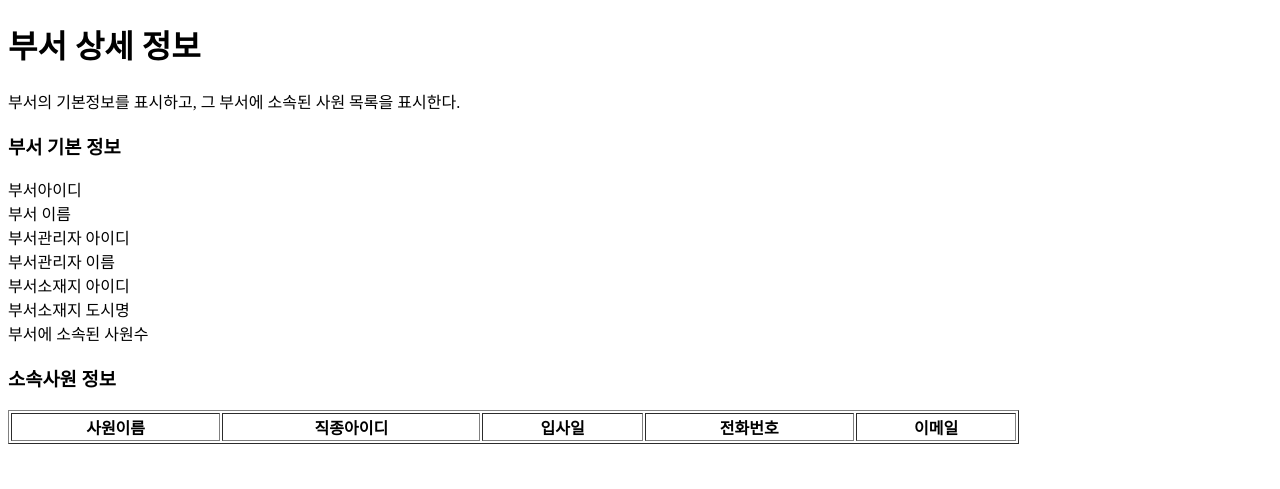
Repository: onuo77/HTA
Page: http://localhost/sample/hr/dept/detail.jsp
An editor plug-in stored every save of this project. The page is shown before and after the next save, followed by the edit.
The browser window is 1280 px wide. The pictures show the whole page.
The page is served by Tomcat 9.

Above is the page before, as saved 2021-05-21 00:46:52.

After the next save:
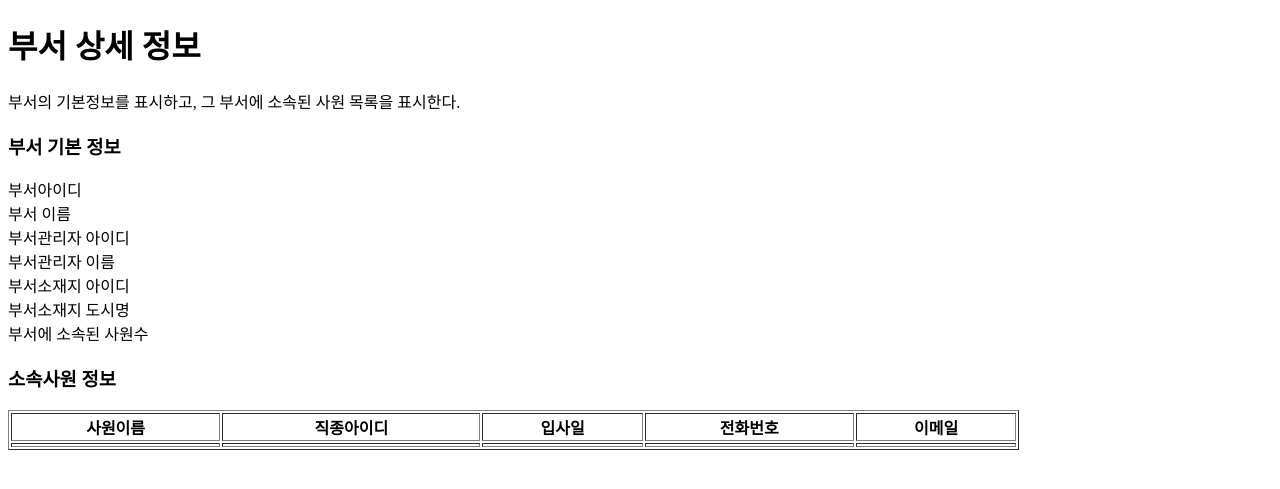
Saved 61 s later.
--- a/java-web/sample/src/main/webapp/hr/dept/detail.jsp
+++ b/java-web/sample/src/main/webapp/hr/dept/detail.jsp
@@ -34,6 +34,15 @@
 				<th>이메일</th>
 			</tr>
 		</thead>
+		<tbody>
+			<tr>
+				<td></td>
+				<td></td>
+				<td></td>
+				<td></td>
+				<td></td>
+			</tr>
+		</tbody>
 	</table>
 </body>
 </html>
